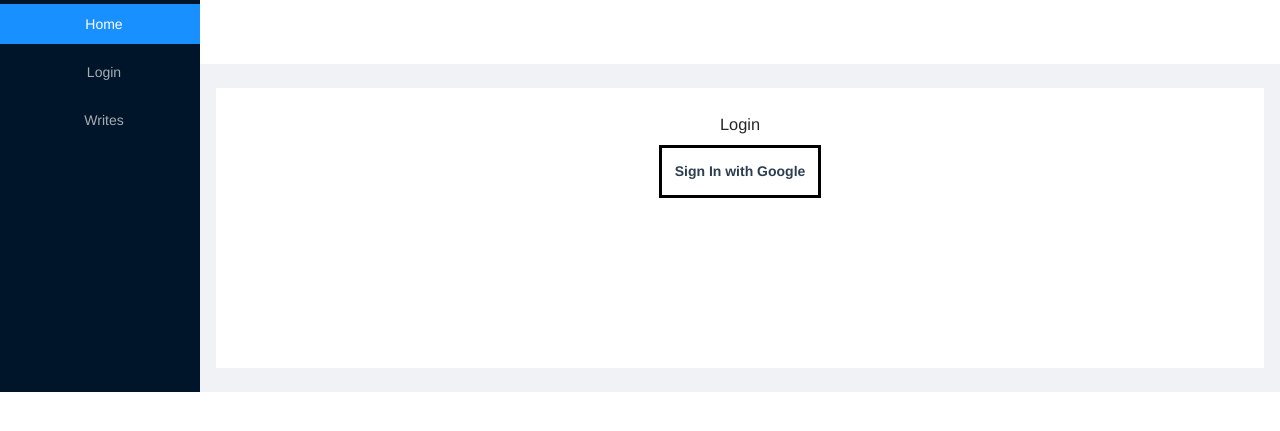
Repository: writesapp/mod
Page: /writes
An editor plug-in stored every save of this project. The page is shown before and after the next save, followed by the edit.
The browser window is 1280 px wide. The pictures show the whole page.
The project was rebuilt for these pictures with package versions that can differ from the ones it lists, and the page was loaded fresh each time. Also part of the build but not shown: src/views/Home.vue.

Above is the page before, as saved 2020-07-09 14:02:03.

### src/main.js
import Antd from 'ant-design-vue';
import Vue from 'vue';
import App from './App.vue';
import './registerServiceWorker';
import router from './router';
import store from './store';
import 'ant-design-vue/dist/antd.css';

Vue.config.productionTip = false;
Vue.use(Antd);

new Vue({
  router,
  store,
  render: (h) => h(App),
}).$mount('#app');

### src/App.vue
<template>
  <div id="app">
    <a-layout id="components-layout-demo-custom-trigger">
    <a-layout-sider v-model="collapsed" :trigger="null" collapsible>
      <div class="logo" />
      <a-menu theme="dark" mode="inline" :default-selected-keys="['1']">
        <a-menu-item key="1">
          <router-link to="/">Home</router-link>
        </a-menu-item>
        <a-menu-item key="2">
          <router-link to="/login">Login</router-link>
        </a-menu-item>
        <a-menu-item key="3">
          <router-link to="/writes">Writes</router-link>
        </a-menu-item>
      </a-menu>
    </a-layout-sider>
    <a-layout>
      <a-layout-header style="background: #fff; padding: 0">
        <a-icon
          class="trigger"
          :type="collapsed ? 'menu-unfold' : 'menu-fold'"
          @click="() => (collapsed = !collapsed)"
        />
      </a-layout-header>
      <a-layout-content
        :style="{ margin: '24px 16px', padding: '24px', background: '#fff', minHeight: '280px' }"
      >
        <router-view/>
      </a-layout-content>
    </a-layout>
  </a-layout>
  </div>
</template>

<script>
import { auth } from '@/initFirebase';
import store from '@/store';

export default {
  name: "App",
  mounted() {
    auth.onAuthStateChanged((user) => store.dispatch("fetchUser", user));
  },
};
</script>

<style lang="scss">
#app {
  font-family: Avenir, Helvetica, Arial, sans-serif;
  -webkit-font-smoothing: antialiased;
  -moz-osx-font-smoothing: grayscale;
  text-align: center;
  color: #2c3e50;
}
</style>

### src/router/index.js
import Vue from 'vue';
import VueRouter from 'vue-router';
import Home from '../views/Home.vue';
import Login from '../views/Login.vue';
import Writes from '../views/Writes.vue';

Vue.use(VueRouter);

const routes = [
  {
    path: '/',
    name: 'Home',
    component: Home,
  },
  {
    path: '/login',
    name: 'Login',
    // route level code-splitting
    // this generates a separate chunk (about.[hash].js) for this route
    // which is lazy-loaded when the route is visited.
    component: Login,
  },
  {
    path: '/writes',
    name: 'Writes',
    component: Writes,
  },
];

const router = new VueRouter({
  mode: 'history',
  base: process.env.BASE_URL,
  routes,
});

export default router;

### src/store/index.js
import Vue from 'vue';
import Vuex from 'vuex';

Vue.use(Vuex);

export default new Vuex.Store({
  state: {
    user: {
      loggedIn: false,
      data: null,
    },
  },
  mutations: {
    setLoggedState(state, value) {
      state.user.loggedIn = value;
    },
    setUser(state, data) {
      state.user.data = data;
    },
  },
  actions: {
    fetchUser({ commit }, user) {
      commit("setLoggedState", user !== null);
      if (user) {
        commit("setUser", {
          displayName: user.displayName,
          email: user.email,
        });
      } else {
        commit("setUser", null);
      }
    },
  },
});

### src/initFirebase.js
import firebase from 'firebase';

const configOptions = {
  apiKey: "AIzaSyBe23vGrWbbtK6cWQflEewoDvTBtKWQEBM",
  authDomain: "test-project-116cf.firebaseapp.com",
  databaseURL: "https://test-project-116cf.firebaseio.com",
  projectId: "test-project-116cf",
  storageBucket: "test-project-116cf.appspot.com",
  messagingSenderId: "507446435196",
  appId: "1:507446435196:web:8a13dc8c60ddcf65e058f9",
  measurementId: "G-H01LY21GK7",
};

firebase.initializeApp(configOptions);

export const auth = firebase.auth();
export const googleProvider = new firebase.auth.GoogleAuthProvider();

### src/views/Login.vue
<template>
  <div class="home">
    <div class="login">
      <h1>Login</h1>
      <SigninButton @click.native="login()"></SigninButton>
    </div>
  </div>
</template>

<script>
import { auth, googleProvider } from '@/initFirebase';
import SigninButton from '@/components/SigninButton.vue';
import store from '@/store';

export default {
  name: 'Login',
  components: {
    SigninButton,
  },
  mounted() {
    if (this.$store.state.user.loggedIn) this.$router.push('/');
  },
  methods: {
    login() {
      auth.signInWithPopup(googleProvider)
        .then((result) => {
          store.dispatch("fetchUser", result.user);
          this.$router.push('/');
        })
        .catch((err) => alert(`Something went wrong: ${err.message}`));
    },
  },
};
</script>

### src/views/Writes.vue
<template>
    <div>
        <div class="wrapper" v-if="this.$store.state.user.loggedIn">
            <h1>Writes</h1>
        </div>
        <div class="wrapper" v-if="!this.$store.state.user.loggedIn">
            <h1>Go to logging page!</h1>
        </div>
    </div>
</template>

<script>
export default {
  name: 'Writes',
  mounted() {
    if (!this.$store.state.user.loggedIn) this.$router.push('/login');
  },
};
</script>

<style scoped>

</style>

### src/components/SigninButton.vue
<template>
  <button>Sign In with Google</button>
</template>

<script>
export default {
  name: 'SigninButton',
};
</script>

<style lang="scss" scoped>
  button {
    border: 3px solid black;
    background: none;
    position: relative;
    padding: 13px;
    font-weight: bold;
    font-size: 1em;

    transition: color .3s ease-out;

    &::after {
      content: '';
      top: 0;
      left: 0;
      z-index: -1;
      position: absolute;
      width: 100%;
      height: 100%;
      background-color:darkorchid;

      transform: scaleX(0);
      transition: transform .3s ease-out;
    }

    &:hover {
      color: white;
      cursor: pointer;
    }

    &:hover::after {
      transform: scaleX(1);
    }
  }
</style>

Loaded but not shown: public/index.html (common file); src/registerServiceWorker.js (common file)

After the next save:
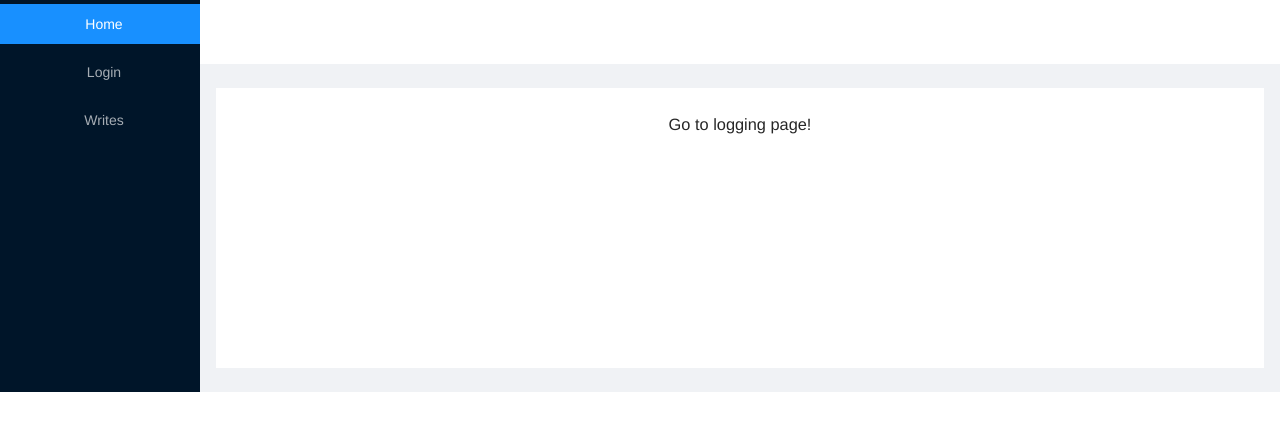
Saved 13 s later.
--- a/src/views/Writes.vue
+++ b/src/views/Writes.vue
@@ -12,9 +12,6 @@
 <script>
 export default {
   name: 'Writes',
-  mounted() {
-    if (!this.$store.state.user.loggedIn) this.$router.push('/login');
-  },
 };
 </script>
 
